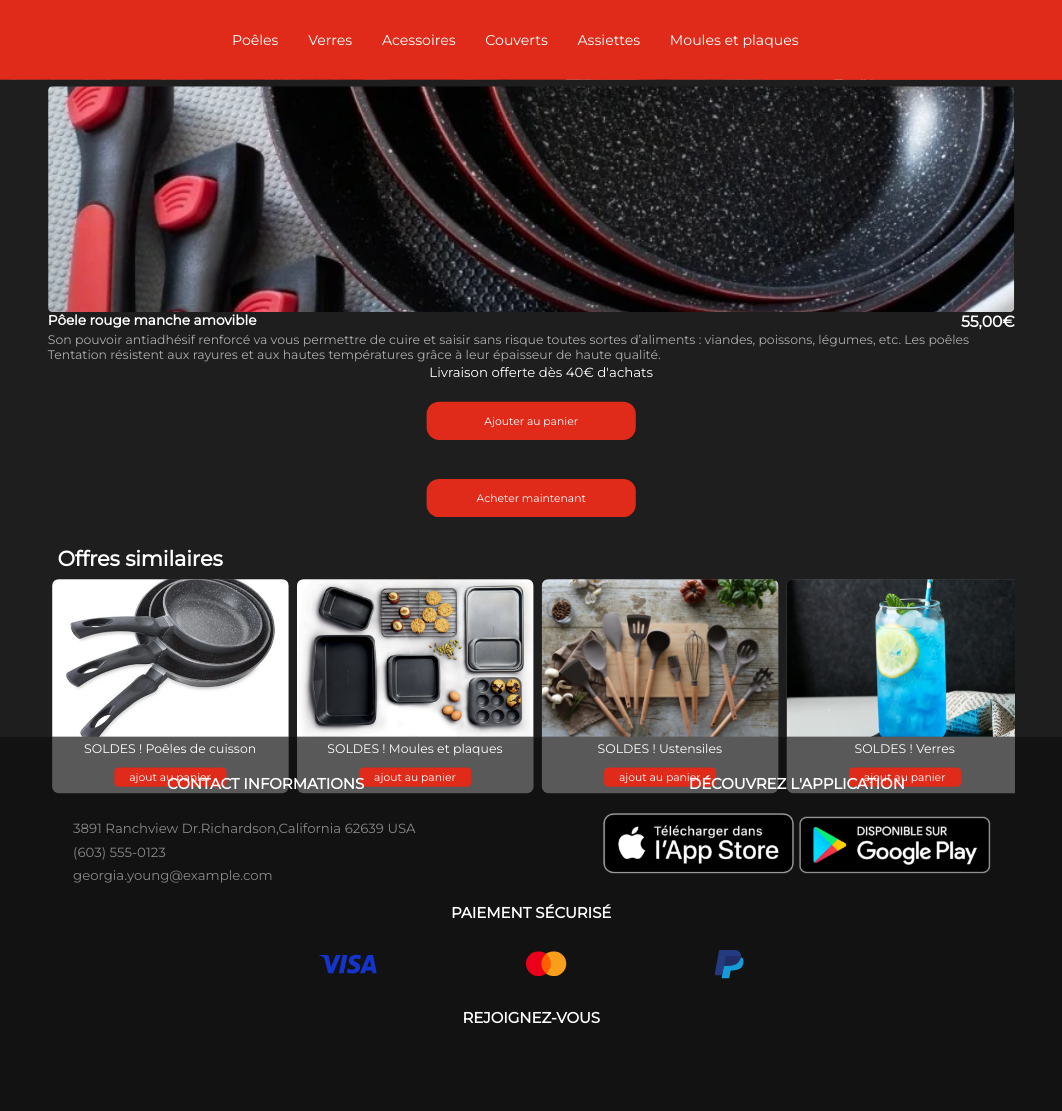
Repository: Juannpl/Luxury-Kicthen
Page: html/page_produits.html
The author's editor kept a copy of each file at every save. The page is drawn from the files as they stood at one save, then again after the next save.
The browser window is 1280 px wide. The pictures show the whole page, at 83% of full size.
Some icons come from a web library that is not loaded, so they are not drawn.

Above is the page before, as saved 2023-02-15 15:28:23.

### html/page_produits.html
<!DOCTYPE html>
<html lang="fr">

<head>
    <meta charset="UTF-8">
    <meta http-equiv="X-UA-Compatible" content="IE=edge">
    <meta name="viewport" content="width=device-width, initial-scale=1.0">

    <link rel="stylesheet" href="../css/page_produits.css">
    <script src="https://unpkg.com/boxicons@2.1.4/dist/boxicons.js"></script>

    <title>Mon Panier</title>
</head>

<body>
    <header class="header">
        <nav class="nav_container row">
            <div class="logo">
                <p>LUXURY KITCHEN</p>
                <box-icon name='chevron-left' type='solid' color='#ffffff' size="lg"></box-icon>
            </div>
            <div class="barre_categorie">
                <ul class="row">
                    <li><a href="#">Poêles</a></li>
                    <li><a href="#">Verres</a></li>
                    <li><a href="#">Acessoires</a></li>
                    <li><a href="#">Couverts</a></li>
                    <li><a href="#">Assiettes</a></li>
                    <li><a href="#">Moules et plaques</a></li>
                </ul>
            </div>
            <div class="nav_list">
                <ul class="row">
                    <li class="items_list">
                        <box-icon name='shopping-bag' color='#ffffff' size='1.7rem'></box-icon>
                    </li>
                    <li class="items_list">
                        <box-icon name='user-circle' type='solid' color='#ffffff' size='1.7rem'></box-icon>
                    </li>
                    <a id="openBtn">
                        <li class="items_list">
                            <box-icon name='menu' color='#ffffff' size=2.2rem></box-icon>
                        </li>
                    </a>
                </ul>
            </div>
        </nav>
        <div id="transparent"></div>
        <section id="barre_categorie_mobile">
            <div id="closeBtn">
                <box-icon name='x' color='#ffffff' size='3rem'></box-icon>
            </div>
            <div class="nav_contents row">
                <div>
                    <ul class="row">
                        <li><a href="#">Poêles</a></li>
                        <li><a href="#">Verres</a></li>
                        <li><a href="#">Acessoires</a></li>
                        <li><a href="#">Couverts</a></li>
                        <li><a href="#">Assiettes</a></li>
                        <li><a href="#">Moules et plaques</a></li>
                    </ul>
                </div>
                <div>
                    <p class="opacityy">
                        Devenez membre pour accéder au meilleur des produits.
                    </p>
                </div>
                <div>
                    <button type="button" class="btn-black">Nous rejoindre</button>
                </div>
                <div>
                    <button type="button" class="btn-clear">S'identifier</button>
                </div>
                <div class="items">
                    <div class="roww">
                        <box-icon name='shopping-bag' color='#ffffff' size='1.7rem'></box-icon>
                        <p>Panier</p>
                    </div>
                    <div class="roww">
                        <box-icon type='solid' name='package' color='#ffffff' size='1.7rem'></box-icon>
                        <p>Commande</p>
                    </div>
                    <div class="roww">
                        <box-icon name='user-circle' type='solid' color='#ffffff' size='1.7rem'></box-icon>
                        <p>Mon profil</p>
                    </div>
                </div>
                <div class="reseaux row">
                    <div class="sociaux">
                        <box-icon name='facebook-circle' type='logo' color='#ffffff'></box-icon>
                    </div>
                    <div class="sociaux">
                        <box-icon name='twitter' type='logo' color='#ffffff'></box-icon>
                    </div>
                    <div class="sociaux">
                        <box-icon name='instagram-alt' type='logo' color='#ffffff'></box-icon>
                    </div>
                </div>
            </div>
        </section>
        <!-- FIN DDE LA BARRE DE NAVIGATION MOBILE-->
    </header>
    <main>
        <section class="tout">
            <div class="picture"><img src="../img/poêle/poele1.webp" alt="POÊLE"></div>
            <div class="texte">
                <div class="nom_du_produit">
                    <h3>Pôele rouge manche amovible</h3>
                </div>
                <div class="price">
                    <h3>55,00€</h3>
                </div>
                <div class="descriptif opacityy">
                    Son pouvoir antiadhésif renforcé va vous permettre de cuire et saisir sans risque toutes sortes
                    d’aliments : viandes, poissons, légumes, etc. Les poêles Tentation résistent aux rayures et aux
                    hautes
                    températures grâce à leur épaisseur de haute qualité.
                </div>
            </div>
            <div class="buy">
                <div class="sentence">
                    <box-icon type='solid' name='truck' color="white"></box-icon>
                    <p>Livraison offerte dès 40€ d'achats</p>
                </div>
                <button class="unique">
                    <p>Ajouter au panier</p>
                </button>
                <button class="unique">
                    <p>Acheter maintenant</p>
                </button>
            </div>
            <div class="swipe">
                <div class="titre">
                    <h1>
                        Offres similaires
                    </h1>
                </div>
                <div class="containeer">
                    <div class="card">
                        <div class="controlee">
                            <img src="../img/poêle/poele10.webp" alt="poele" class="top_img">
                        </div>
                        <div class="descr_panier_top">
                            <div class="text_panier">
                                <p>SOLDES ! Poêles de cuisson</p>
                            </div>
                            <div class="panier_prix">
                                <div class="ajout_panier">
                                    <form action="#">
                                        <a href="#"><button type="submit">
                                                <p class="p_botton">ajout au panier</p>
                                            </button></a>
                                    </form>
                                </div>
                            </div>
                        </div>
                    </div>
                    <div class="card">
                        <div class="controlee">
                            <img src="../img/moules/moule1.jpg" alt="poele" class="top_img">
                        </div>
                        <div class="descr_panier_top">
                            <div class="text_panier">
                                <p>SOLDES ! Moules et plaques</p>
                            </div>
                            <div class="panier_prix">
                                <div class="ajout_panier">
                                    <form action="#">
                                        <a href="#">
                                            <button type="submit">
                                                <p class="p_botton">ajout au panier</p>
                                            </button>
                                        </a>
                                    </form>
                                </div>
                            </div>
                        </div>
                    </div>
                    <div class="card">
                        <div class="controlee">
                            <img src="../img/accessoire/accessoire2.webp" alt="poele" class="top_img">
                        </div>
                        <div class="descr_panier_top">
                            <div class="text_panier">
                                <p>SOLDES ! Ustensiles</p>
                            </div>
                            <div class="panier_prix">
                                <div class="ajout_panier">
                                    <form action="#">
                                        <a href="#">
                                            <button type="submit">
                                                <p class="p_botton">ajout au panier</p>
                                            </button>
                                        </a>
                                    </form>
                                </div>
                            </div>
                        </div>
                    </div>
                    <div class="card">
                        <div class="controlee">
                            <img src="../img/verres/verre10.jpg" alt="verre" class="top_img">
                        </div>
                        <div class="descr_panier_top">
                            <div class="text_panier">
                                <p>SOLDES ! Verres</p>
                            </div>
                            <div class="panier_prix">
                                <div class="ajout_panier">
                                    <form action="#">
                                        <a href="#">
                                            <button type="submit">
                                                <p class="p_botton">ajout au panier</p>
                                            </button>
                                        </a>
                                    </form>
                                </div>
                            </div>
                        </div>
                    </div>
                    <div class="card">
                        <div class="controlee">
                            <img src="../img/couverts/couvert1.png" alt="poele" class="top_img">
                        </div>
                        <div class="descr_panier_top">
                            <div class="text_panier">
                                <p>SOLDES ! Couverts</p>
                            </div>
                            <div class="panier_prix">
                                <div class="ajout_panier">
                                    <form action="#">
                                        <a href="#"><button type="submit">
                                                <p class="p_botton">ajout au panier</p>
                                            </button></a>
                                    </form>
                                </div>
                            </div>
                        </div>
                    </div>
                </div>
            </div>
        </section>
    </main>
    <footer>
        <div class="container-footer">
            <div class="container-footer-tablet">
                <div class="contact-infos">
                    <h3>CONTACT INFORMATIONS</h3>
                    <p>
                        <box-icon name='been-here' type='solid' color='#ffffff'></box-icon>3891 Ranchview
                        Dr.Richardson,California 62639 USA
                    </p>
                    <p>
                        <box-icon type='solid' name='phone' color='#ffffff'></box-icon>(603) 555-0123
                    </p>
                    <p>
                        <box-icon type='solid' name='envelope' color='#ffffff'></box-icon>georgia.young@example.com
                    </p>
                </div>
                <div class="download">
                    <h3>DÉCOUVREZ L'APPLICATION</h3>
                    <a href=""><img src="../img/footer/App-Store-picto-300x94.png" class="picto" id="apple"
                            alt="Le pictogramme de l'apple store"></a>
                    <a href=""><img src="../img/footer/Google-Play-picto-300x89.png" class="picto"
                            alt="Le pictogramme de google play"></a>
                </div>
            </div>
            <div class="paiement">
                <h3>PAIEMENT SÉCURISÉ</h3>
                <div class="logos-paiement">
                    <img src="../img/footer/Visa_2021.svg" class="logos" id="visa" alt="Le logo de visa">
                    <img src="../img/footer/Mastercard_2019_logo.svg" class="logos" id="mastercard"
                        alt="Le logo de mastercard">
                    <img src="../img/footer/PayPal_Logo_Icon_2014.svg" class="logos" id="paypal"
                        alt="Le logo de paypal ">
                </div>
            </div>
            <div class="social-media">
                <h3>REJOIGNEZ-VOUS</h3>
                <box-icon name='facebook-circle' type='logo' color='#ff0800'></box-icon>
                <box-icon name='twitter' type='logo' color='#ff0800'></box-icon>
                <box-icon name='instagram-alt' type='logo' color='#ff0800'></box-icon>
            </div>
        </div>
    </footer>
    <script src="../script.js"></script>
</body>

</html>

### css/page_produits.css
/*

    GENERAL

*/

@import url('https://fonts.googleapis.com/css2?family=Montserrat&family=Roboto&display=swap');

:root{
    --rougelinear: rgba(224, 43, 26, 1);
    --rougetext: #E02B1A;
    --blanc: #fff;
    --noirclair: #1E1E1E;
    --noir: #121212;
    --gris: #595959;
}

*/*,
*::after,
*::before*/{
    margin: 0;
    padding: 0;
    box-sizing: inherit;
    list-style: none;
    text-decoration: none;
    font-family: 'Montserrat', 'sans-serif';
}

html{
    width: 100%;
    overflow-x: hidden;
}

main img{
    width: 100%;
    height: 100%;
    object-fit: cover;
    border-radius: 5px;
}

/*

    HEADER

*/

.header{
    background-color: var(--rougelinear);
    height: 6rem;
    display: grid;
    align-items: center;
    position: relative;
}

.logo{
    color: var(--blanc);
    font-size: 0.9em;
    font-weight: 600;
    text-align: center;
    padding-left: 5%;
}

.logo p{
    display: none;
}

.barre_categorie{
    display: none;
}

#closeBtn{
    position: absolute;
    top: 5%;
    right: 10%;
    cursor: pointer;
}

#barre_categorie_mobile{
    color: var(--blanc);
    width: 308px;
    position: absolute;
    z-index: -1;
    top: 0;
    right: 0;
    background-color: var(--rougelinear);
    transition: left 0.5s ease;
    display: flex;
    align-items: center;
    flex-direction: column;
    box-shadow: 0px 4px 4px 0px rgba(0, 0, 0, 0.25);
}

/* Active class */
#barre_categorie_mobile.active{
    z-index: 3;
}

#transparent.active{
    z-index: 2;
}

#transparent{
    position: fixed;
    top: 0;
    right: 0;
    width: 100%;
    height: 100vh;
    z-index: -1;
    background: rgba(255, 255, 255, 0.28);
    backdrop-filter: blur(3.8px);
    -webkit-backdrop-filter: blur(3.8px);
}

.reseaux{
    justify-content: center;
}

.sociaux{
    padding: 2% ;
}

#barre_categorie_mobile ul{
    flex-direction: column;
}

#barre_categorie_mobile ul a{
    color: var(--blanc);
    font-weight: 550;
    font-size: 23px;
}

#barre_categorie_mobile ul li{
    margin: 15px 0px;
}

.nav_container{
    justify-content: space-between;
    /* text-align: center; */
    align-items: center;
}

.row{
    display: flex;
}

.items_list{
    padding: 0 0.5rem;
    height: auto;
    display: grid;
    align-items: center;
    cursor: pointer;
}

.nav_list{
    padding-right: 3%;
}

.nav_contents{
    width: 80%;
    flex-direction: column;
    margin-top: 20%;
}

.nav_contents div{
    margin: 5% 0;
}

.btn-black{
    width: 171px;
    height: 35px;
    background-color: var(--noir);
    color: var(--blanc);
    border: 0px;
    border-radius: 20px;
    font-family: Montserrat;
    font-size: 18px;
}

.btn-clear{
    border: 1.7px solid var(--blanc);
    color: var(--blanc);
    background-color: transparent;
    width: 133px;
    height: 33px;
    border-radius: 20px;
    font-family: Montserrat;
    font-size: 18px;
}

.roww{
    display: flex;
    align-items: center;
    margin: 5% 0;
}

.opacityy{
    opacity: 63%;
}

.items p{
    margin-left: 5%;
}

/* desktop = 1224px, tablette = 768px */
/* BARRE DE ATEGORIE EN RESPONSIVE */

@media only screen and (min-width: 768px){
    .logo{
        font-size: 20px;
    }
}

@media only screen and (min-width: 1224px){
    .descr_panier_top .text_panier p{
        font-size: 18px;
    }

    .text_panier p{
        font-size: 13px;
    }

    .barre_categorie_mobile{
        display: none;
    }

    .barre_categorie{
        display: revert;
        width: 70%;
    }

    .barre_categorie li{
        padding: 0% 2%;
    }

    .barre_categorie a{
        color: var(--blanc);
        font-weight: 500;
        font-size: 17px;
    }

    .nav_list {
        padding-right: 0;
    }

    .logo {
        padding-left: 0;
    }

    .row {
        justify-content: center;
    }

    #openBtn{
        display: none;
    }
}

/*

    MAIN

*/

main{
    display: flex;
    flex-direction: column;
    background-color: var(--noirclair);
    justify-content: center;
    align-items: center;
    color: var(--blanc);
    height: 110vh;
}

.tout{
    width: 91%;
    height: 98%;
    display: flex;
    justify-content: space-between;
    flex-direction: column;
}

.picture{
    width: 100%;
    height: 35%;
}

.nom_du_produit{
    width: 75%;
    font-size: 14px;
}

.price{
    width: 25%;

    display: flex;
    justify-content: flex-end;
    align-items: center;
}

.descriptif{
    width: 100%;
    font-size: 15px;
}

.texte{
    display: flex;
    flex-wrap: wrap;
}

.buy{
    display: flex;
    flex-direction: column;
    align-items: center;
}

.sentence{
    display: flex;
    flex-direction: row;
    align-items: center;
}

.unique{
    padding: 1% 5%;
    margin: 2% 0%;
    border-radius: 15px;
}

/*

    SWIPE

*/

.controlee{
    width: 285px;
}

.descr_panier_top{
    display: flex;
    align-items: center;
    flex-direction: column;
}

.descr_panier_top .text_panier p{
    font-family: Montserrat;
    font-size: 15px;
    font-weight: 500;
}

.card img {
    height: 190px;
    object-fit: cover;
    width: 100%;
    border-radius: 8px 8px 0 0;
}

/*

    SWIPE

*/

.titre{
    height: 23px;
    /* width: 356px; */
    color: var(--blanc);
    margin: 1%;
    /* padding-bottom: 3%; */
}

.titre h1{
    font-family: Montserrat;
    font-size: 25px;
    font-weight: 00;
}

.controle{
    width: 206px;
}

.containeer {
    -ms-overflow-style: none;
    scrollbar-width: none;
    width: auto;
    overflow-y: hidden;
    overflow-x: scroll;
    display: flex;
    align-items: stretch;
    scroll-snap-type: x mandatory;
}

.containeer::-webkit-scrollbar {
    display: none;
}

.containeer .card {
    background-color: #595959;
    border-radius: 8px;
    color: #fff;
    margin: 5px;
    height: 100%;
}

.containeer .card .content {
    position: absolute;
    bottom: 10px;
    padding: 20px;
    page-break-after: 20px;
    text-align: center;
}

button {
    background: #E02B1A;
    border: none;
    border-radius: 5px;
    height: 23px;
    width: 135px;
    color: white;
    font-size: 13px;
    font-weight: 500;
}

.card img {
    height: 190px;
    object-fit: cover;
    width: 100%;
    border-radius: 8px 8px 0 0;
}

.descr_panier {
    padding: 3%;
}

.text_panier p {
    font-family: 'Montserrat';
    font-style: normal;
    font-weight: 500;
    font-size: 11px;
    color: #FFFFFF;
}

.prix {
    display: flex;
    align-items: center;
}

.panier_prix {
    display: flex;
    align-items: center;
    justify-content: space-between;
    padding: 5% 0 3% 0;
}


/* ---------- Footer ---------- */



footer{
    width: 100%;
    align-items: center;
    font-family: 'Montserrat', sans-serif;
}

.container-footer{
    height: 400px;
    display: flex;
    flex-direction: column;
    padding-top: 20px;
    background-color: #121212;
    color: white;
    font-size: 1.2rem;
}

.contact-infos{
    display: none;
}

.contact-infos p{
    font-size: 16px;
    color: rgb(255, 255, 255, .5);
}

.container-footer h3{
    text-align: center;
    margin: 25px 0 25px 0;
    font-size: 18px;
}

.download{
    text-align: center;
}

.picto{
    width: 30%;
}

.logos-paiement{
    width: 60%;
    height: 50px;
    display: flex;
    justify-content:space-between;
    align-items: center;
    margin: auto;
}

#visa{
    width: 70px;
    height: 95px;
}

#mastercard{
    width: 70px;
    height: 30px;
}

#paypal{
    width: 35px;
    height: 35px;
}

.social-media{
    text-align: center;
    margin-top: 5px;
}

@media only screen and (min-device-width : 768px){

    /* ---------- Footer ---------- */

    .container-footer{
        height: 430px;
    }

    .container-footer-tablet{
        display: flex;
        justify-content: space-around;
    }

    .contact-infos{
        width: 40%;
        display: flex;
        flex-direction: column;
        text-align:left;
    }

    .download{
        width: 40%;
    }

    .picto{
        width: 45%
    }

    .logos-paiement{
        width: 40%;
    }
}

@media only screen and (min-device-width : 1224px){

    /* ---------- Footer ---------- */

        .logos-paiement{
            width: 20%;
        }

        .paiement h3{
            padding-top: 1%
        }
}

### script.js
var navMobile = document.getElementById("barre_categorie_mobile");
var transparent = document.getElementById("transparent");
var openBtn = document.getElementById("openBtn");
var closeBtn = document.getElementById("closeBtn");

openBtn.onclick = openNav;
closeBtn.onclick = closeNav;

/* Set the width of the side navigation to 250px */
function openNav() {
  navMobile.classList.add("active");
  transparent.classList.add("active");
}

/* Set the width of the side navigation to 0 */
function closeNav() {
  navMobile.classList.remove("active");
  transparent.classList.remove("active");
}

After the next save:
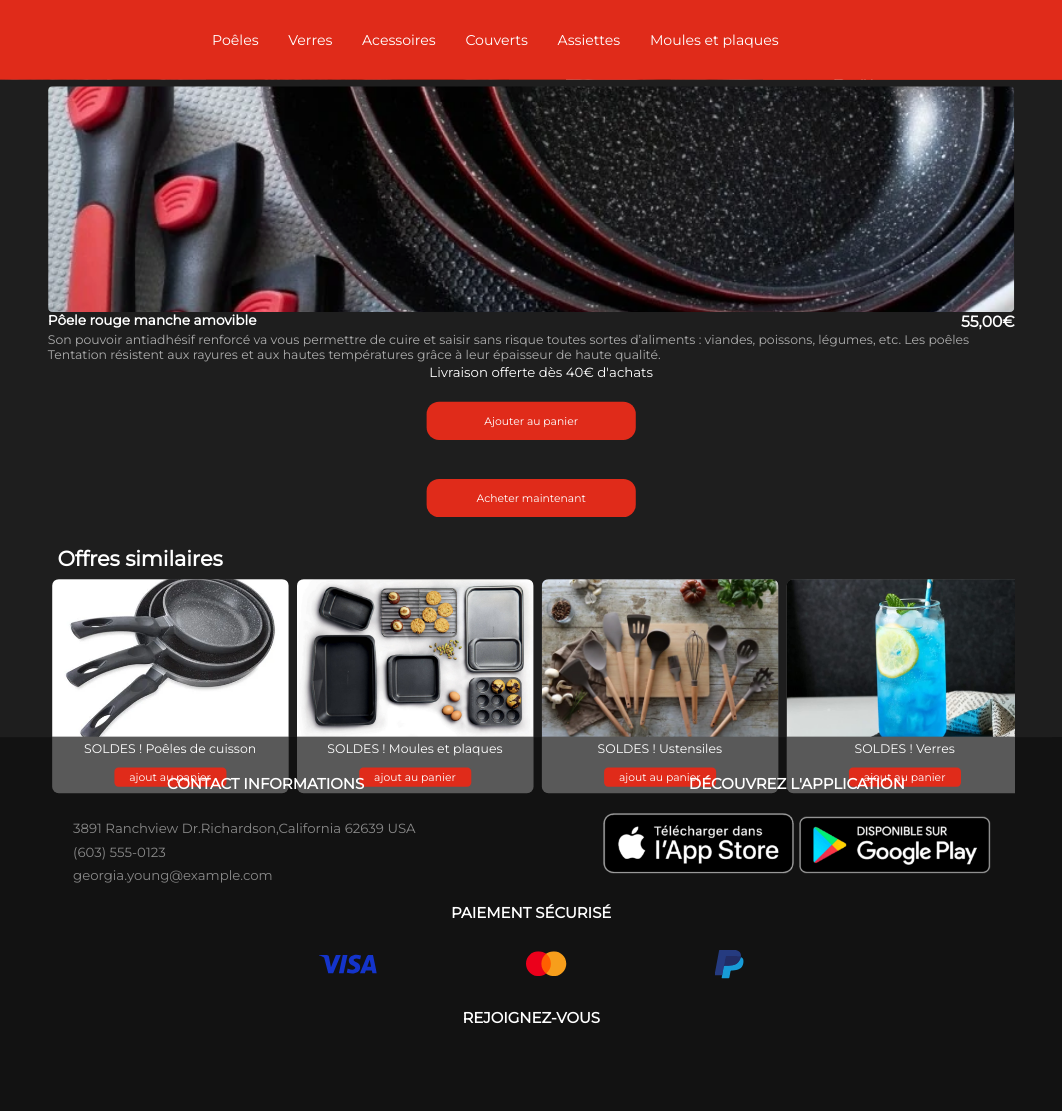
Saved 9 s later.
--- a/html/page_produits.html
+++ b/html/page_produits.html
@@ -17,7 +17,7 @@
         <nav class="nav_container row">
             <div class="logo">
                 <p>LUXURY KITCHEN</p>
-                <box-icon name='chevron-left' type='solid' color='#ffffff' size="lg"></box-icon>
+                <box-icon name='chevron-left' type='solid' color='#ffffff' size="l"></box-icon>
             </div>
             <div class="barre_categorie">
                 <ul class="row">
